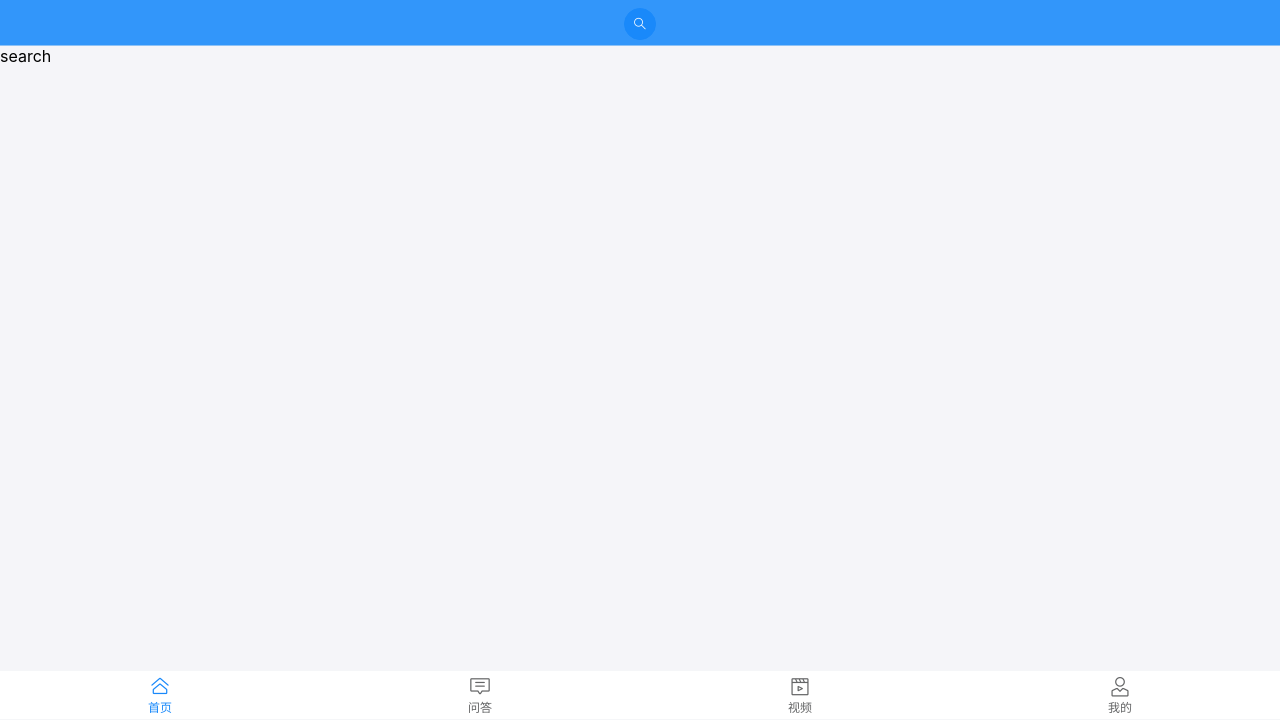
Repository: xn-lb/toutiao-mb
Page: /
An editor plug-in stored every save of this project. The page is shown before and after the next save, followed by the edit.
The browser window is 1280 px wide. The pictures show the whole page.
The project was rebuilt for these pictures with package versions that can differ from the ones it lists, and the page was loaded fresh each time. Also part of the build but not shown: vue.config.js.

Above is the page before, as saved 2023-04-08 21:50:22.

### src/main.js
import Vue from 'vue'
import App from './App.vue'
import router from './router'
import store from './store'
// 加载全局样式
import './styles/index.less'
import Vant from 'vant' //加载Vant 组件库

import 'amfe-flexible' //加载动态设置  rem 基准值

Vue.use(Vant); //注册使用组件库

import 'vant/lib/index.css' //加载全局样式

Vue.config.productionTip = false

new Vue({
    router,
    store,
    render: h => h(App)
}).$mount('#app')

### src/App.vue
<template>
  <div id="app">
  <!-- 路由的出口 -->
    <router-view></router-view>



  </div>
</template>
<script>
export default {
  name: 'APP'
}
</script>
<style lang="less">

</style>

### src/router/index.js
import Vue from 'vue'
import VueRouter from 'vue-router'



Vue.use(VueRouter)

// 路由表
const routes = [{
        path: '/login',
        name: 'LoginIndex',
        component: () =>
            import ('@/views/login')
    },
    {
        path: '/',
        component: () =>
            import ('@/views/layout/'),
        children: [{
                path: '/qa',
                name: 'qa',
                component: () =>
                    import ('@/views/qa/')
            },
            {
                path: '/video',
                name: 'video',
                component: () =>
                    import ('@/views/video/')
            },
            {
                path: '/my', //默认子路由
                name: 'my',
                component: () =>
                    import ('@/views/my/')
            },
            {
                path: '', //默认子路由
                name: 'home',
                component: () =>
                    import ('@/views/home/')
            }
        ]
    }

]

const router = new VueRouter({
    routes
})

export default router

### src/store/index.js
import { getItem, setItem } from '@/utils/strorage'
import Vue from 'vue'
import Vuex from 'vuex'

Vue.use(Vuex)

const USER_KEY = 'toutiao-user'
export default new Vuex.Store({
    // namespaced: true, //关闭命名空间
    state: {
        user: getItem(USER_KEY) //使用封装模块的方式

        //使用原型模式  =>  user: JSON.parse(window.localStorage.getItem('user')) // 存储当前登录用户的登录状态（token 等数据）
    },
    getters: {},
    mutations: {
        setUser(state, data) {
            state.user = data
                // 为了防止页面刷新数据丢失，我们还需要把数据放到本地存储中，这里仅仅是为了持久化数据

            setItem(USER_KEY, state.user) //使用封装模块的方式
                //使用原型模式  =>  window.localStorage.setItem('user', JSON.stringify(state.user))
        }
    },
    actions: {},
    modules: {}
})

### src/styles/index.less
// 全局样式文件
// 加载图标样式
@import "./icon.less";

body{
    background-color: #f5f5f9;
}
.app-nav-bar{
    background-color: #3296fa !important;
    .van-nav-bar__title{
        color: #fff;
    }
    .van-icon{
        color:#fff !important;
    }
}

### src/views/layout/index.vue
<template>
    <div class="layout-container">
         <!-- 子路由出口 -->
        <router-view />

        <!-- 底部导航栏 -->
        <van-tabbar v-model="active" route>
            <van-tabbar-item icon="home-o" to="/">首页</van-tabbar-item>
            <van-tabbar-item icon="comment-o" to="/qa">问答</van-tabbar-item>
            <van-tabbar-item icon="video-o" to="/video">视频</van-tabbar-item>
            <van-tabbar-item icon="user-o" to="/my">我的</van-tabbar-item>
        </van-tabbar>
    </div>


</template>

<script>
export default {
    name:'layoutIndex',
    components:{},
    props:{},
    data(){
        return{
            active:0
        }
    }
}
</script>

<style>

</style>

### src/views/home/index.vue
<template>
  <div class="home-container">
  <!-- 首页 -->
    <van-nav-bar class="app-nav-bar">
      <van-button
      slot="title"
      icon="search"
      type="info"
      round
      size="small"
      ></van-button>
    </van-nav-bar>

search
  </div>

</template>

<script>
export default {

}
</script>

<style>

</style>

### src/utils/strorage.js
// 本地存储封装模块

// 获取
export const getItem = (name) => {
    const data = window.localStorage.getItem(name)
    try {
        // 尝试把data转为JavaScript对象
        return JSON.parse(data)
    } catch (err) {
        // data不是JSON格式字符串，直接原样返回
        return data
    }
}

// 存储
export const setItem = (name, value) => {
    // 如果value 是对象，就把value 转为JSON格式字符串再储存
    if (typeof value === 'object') {
        value = JSON.stringify(value)
    }
    window.localStorage.setItem(name, value)
}



// 删除
export const removeItem = (name) => {
    window.localStorage.removeItem(name)
}

### src/styles/icon.less
@font-face {
    font-family: "toutiao"; /* Project id 3968849 */
    src: url('//at.alicdn.com/t/c/font_3968849_y288fdc89co.eot?t=1679462277967'); /* IE9 */
    src: url('//at.alicdn.com/t/c/font_3968849_y288fdc89co.eot?t=1679462277967#iefix') format('embedded-opentype'), /* IE6-IE8 */
         url('//at.alicdn.com/t/c/font_3968849_y288fdc89co.woff2?t=1679462277967') format('woff2'),
         url('//at.alicdn.com/t/c/font_3968849_y288fdc89co.woff?t=1679462277967') format('woff'),
         url('//at.alicdn.com/t/c/font_3968849_y288fdc89co.ttf?t=1679462277967') format('truetype'),
         url('//at.alicdn.com/t/c/font_3968849_y288fdc89co.svg?t=1679462277967#toutiao') format('svg');
  }

  .toutiao {
    font-family: "toutiao" !important;
    font-size: 16px;
    font-style: normal;
    -webkit-font-smoothing: antialiased;
    -moz-osx-font-smoothing: grayscale;
  }

  .toutiao-guanbi:before {
    content: "\e601";
  }

  .toutiao-gengduo:before {
    content: "\e602";
  }

  .toutiao-pinglun:before {
    content: "\e603";
  }

  .toutiao-shanchu:before {
    content: "\e604";
  }

  .toutiao-dianzan:before {
    content: "\e605";
  }

  .toutiao-lishi:before {
    content: "\e606";
  }

  .toutiao-shipin:before {
    content: "\e607";
  }

  .toutiao-shoucang:before {
    content: "\e608";
  }

  .toutiao-yanzhengma:before {
    content: "\e609";
  }

  .toutiao-wenda:before {
    content: "\e60a";
  }

  .toutiao-fenxiang:before {
    content: "\e60b";
  }

  .toutiao-youjiantou:before {
    content: "\e60c";
  }

  .toutiao-wuwangluo:before {
    content: "\e60d";
  }

  .toutiao-shouji:before {
    content: "\e60e";
  }

  .toutiao-zuojiantou:before {
    content: "\e60f";
  }

  .toutiao-shouye:before {
    content: "\e610";
  }

  .toutiao-wode:before {
    content: "\e611";
  }

  .toutiao-sousuo:before {
    content: "\e612";
  }

  .toutiao-zuopin:before {
    content: "\e613";
  }

  .toutiao-yuedu:before {
    content: "\e614";
  }

Loaded but not shown: public/index.html (common file)

After the next save:
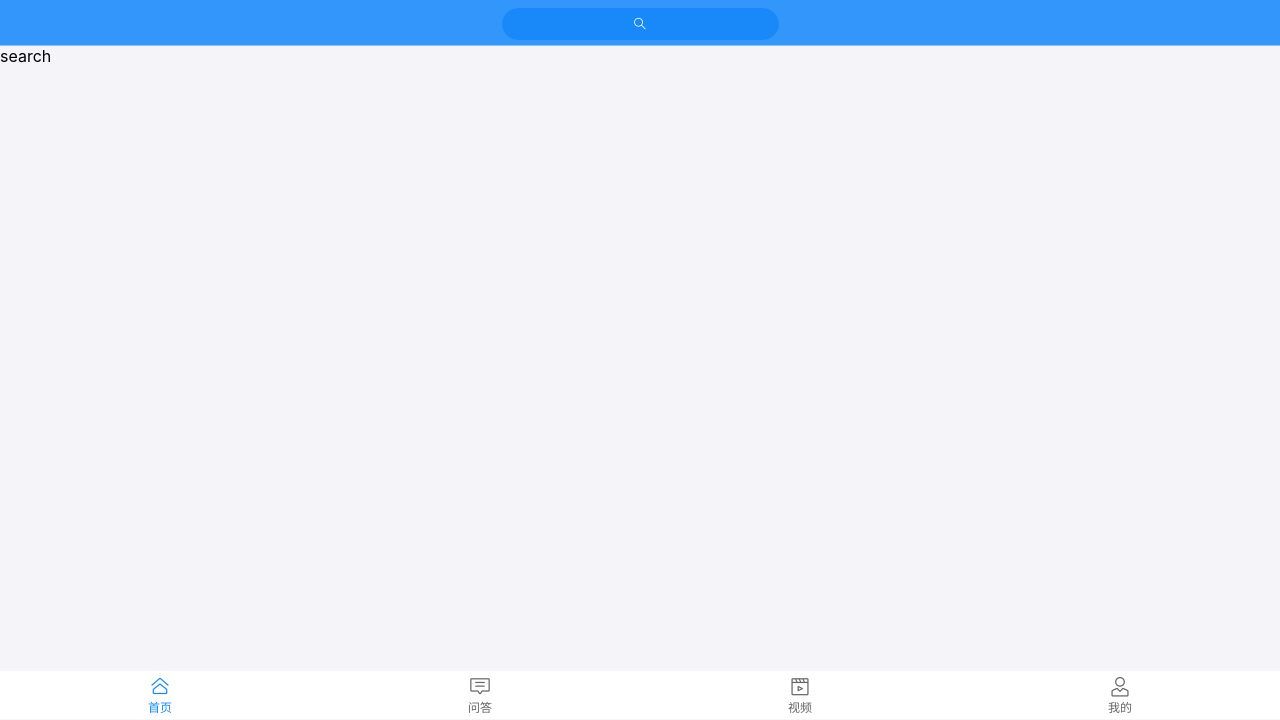
Saved 46 s later.
--- a/src/views/home/index.vue
+++ b/src/views/home/index.vue
@@ -3,6 +3,7 @@
   <!-- 首页 -->
     <van-nav-bar class="app-nav-bar">
       <van-button
+      class="search-btn"
       slot="title"
       icon="search"
       type="info"
@@ -22,6 +23,9 @@ export default {
 }
 </script>
 
-<style>
-
+<style lang="less" scoped>
+  .search-btn{
+    width: 277px;
+    height: 32px;
+  }
 </style>
